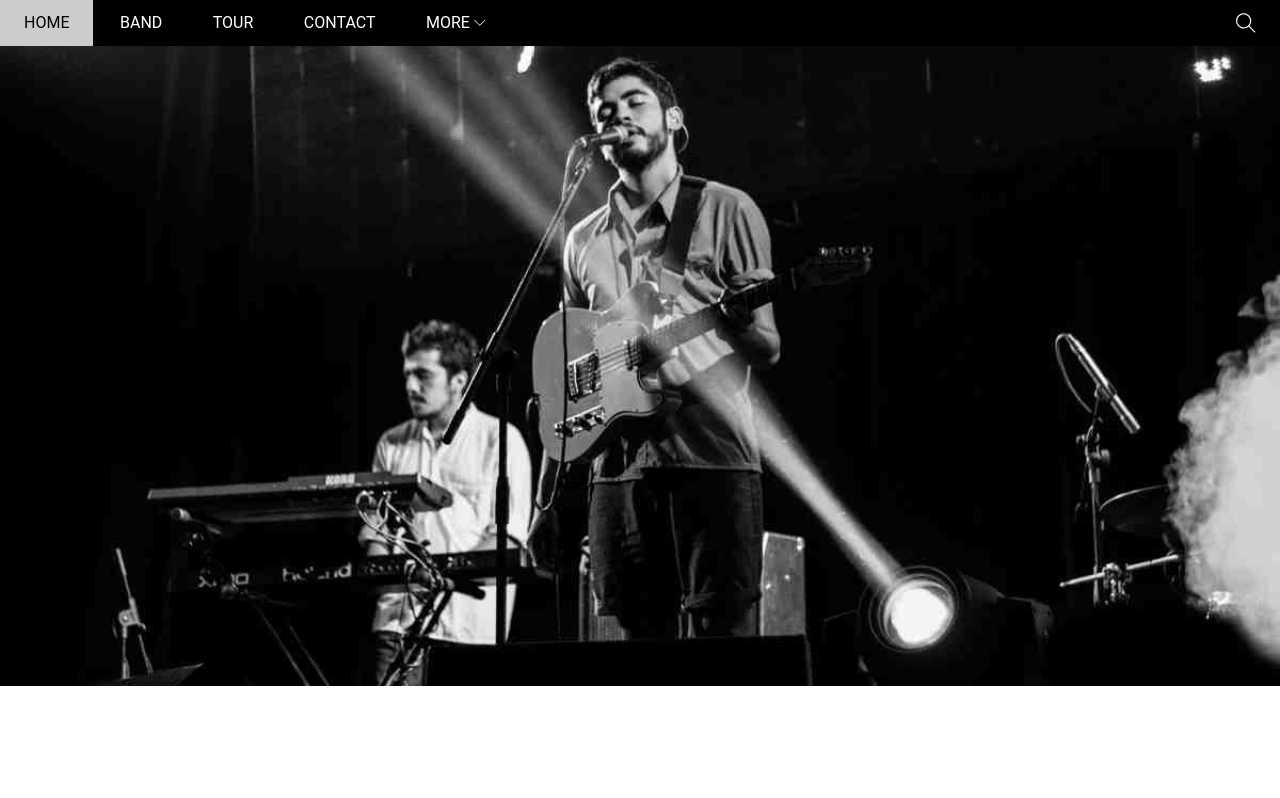
Repository: vuongld315/myLandingPage
Page: index.html
An editor plug-in stored every save of this project. The page is shown before and after the next save, followed by the edit.
The browser window is 1280 px wide. The pictures show the whole page.

Above is the page before, as saved 2022-07-22 12:56:00.

After the next save:
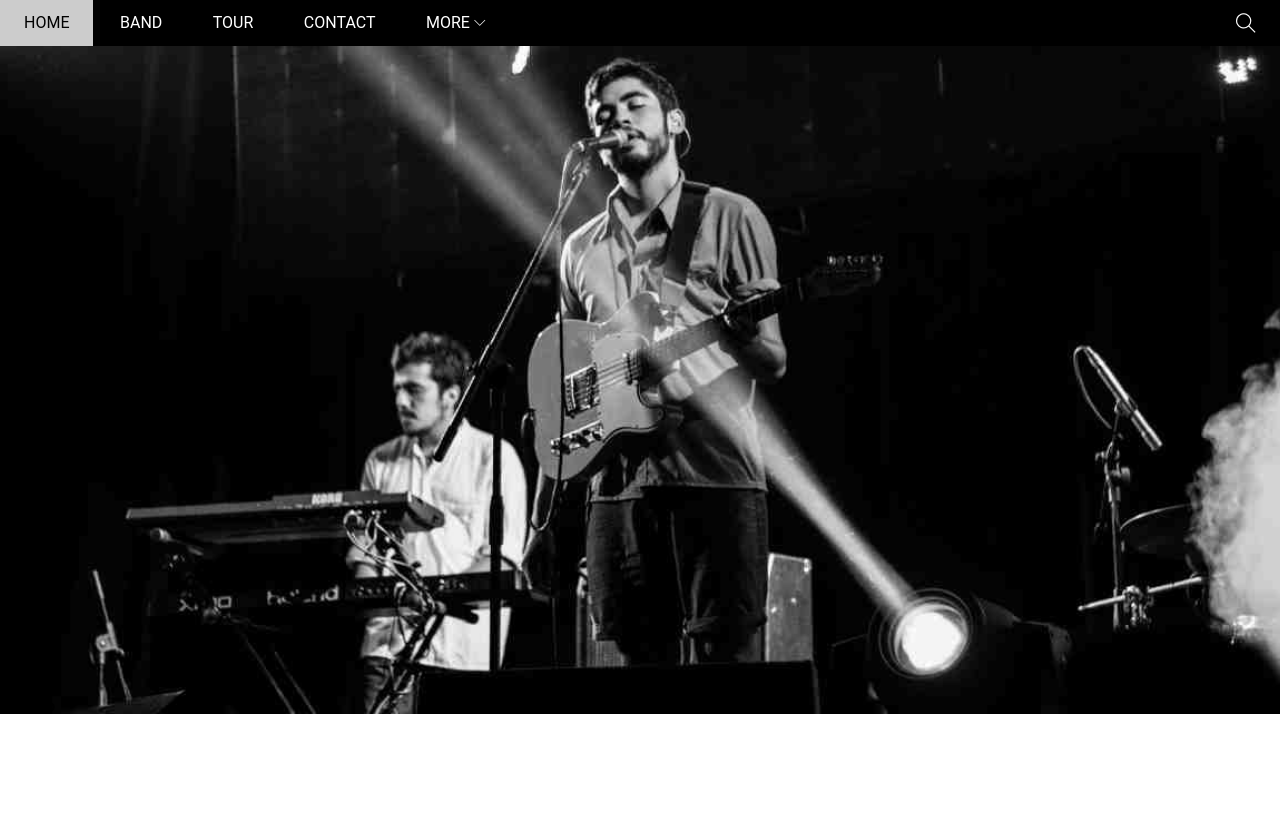
Saved 20 s later.
--- a/index.html
+++ b/index.html
@@ -38,7 +38,7 @@
 
         <div id="slider">
             <div class="text-content">
-                <h2 class="text-heading"></h2>
+                <h2 class="text-heading">Chicago</h2>
                 <div class="text-desciption"></div>
             </div>
         </div>
